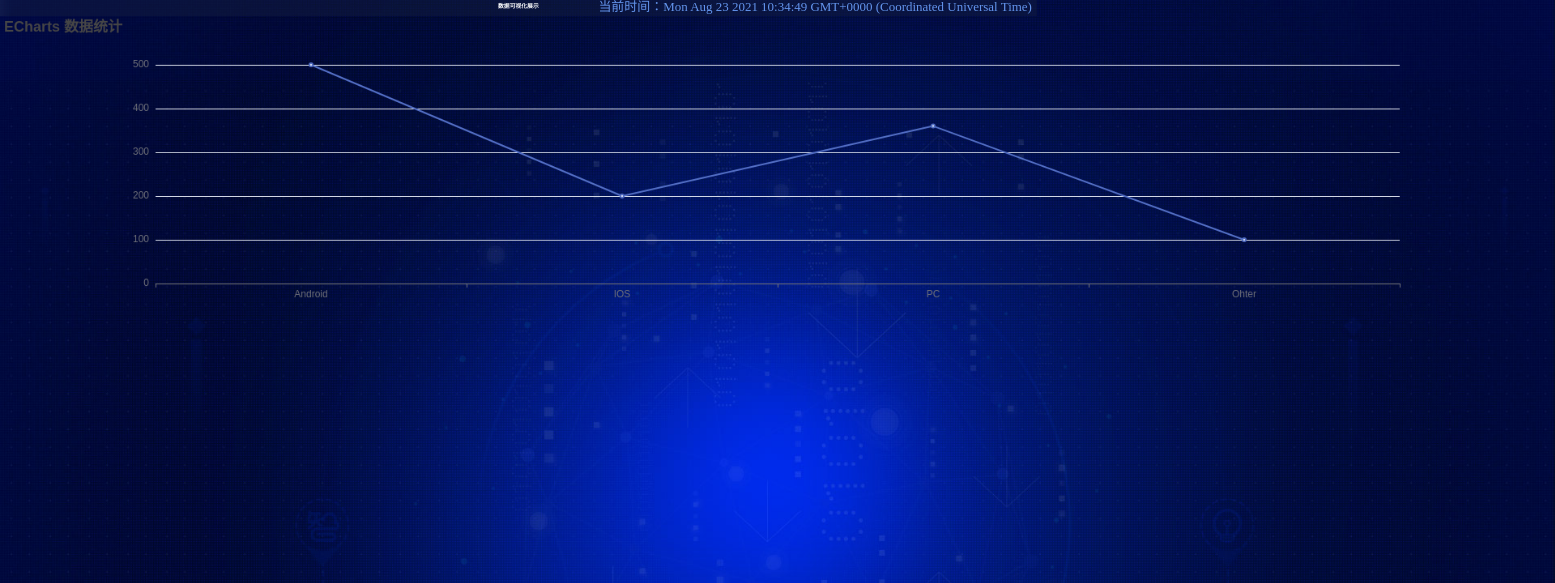
Repository: jiang-1990/DataVM
Page: /
The author's editor kept a copy of each file at every save. The page is drawn from the files as they stood at one save, then again after the next save.
The browser window is 1280 px wide. The page is 1920 px wide, so the pictures cover 1920 px, including what lies to the right of the window. The pictures show the whole page, at 81% of full size.
The project was rebuilt for these pictures with package versions that can differ from the ones it lists, and the page was loaded fresh each time.

Above is the page before, as saved 2021-08-23 11:28:24.

After the next save:
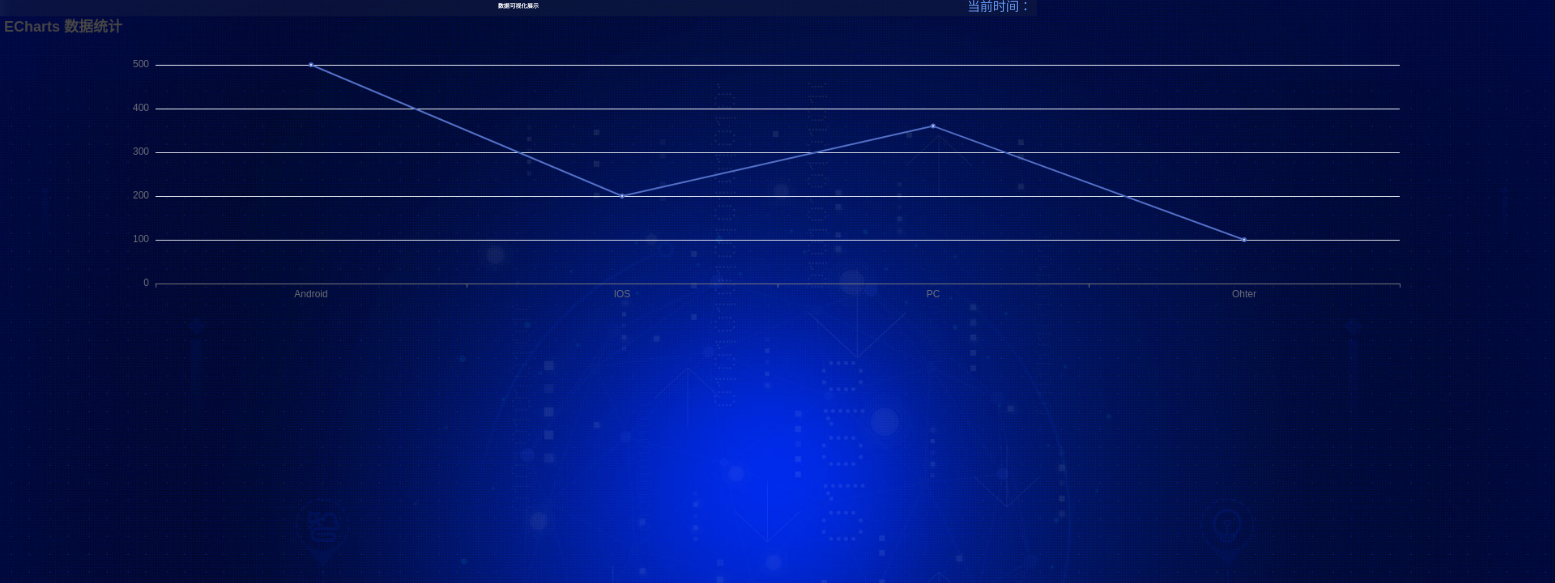
Saved 60 s later.
--- a/src/components/bigScreen.vue
+++ b/src/components/bigScreen.vue
@@ -14,7 +14,7 @@
 export default {
   data () {
     return {
-      date: new Date(),//当前日期
+      date//当前日期
     }
   },
   mounted(){
@@ -31,6 +31,7 @@
   methods:{
     //格式话当前时间
   formatDate(date) {  //当前时间格式化处理
+    date= new Date();
     var y = date.getFullYear()
           var m = (date.getMonth() + 1).toString().padStart(2, '0')
           var d = date.getDate().toString().padStart(2, '0')

After the save that followed:
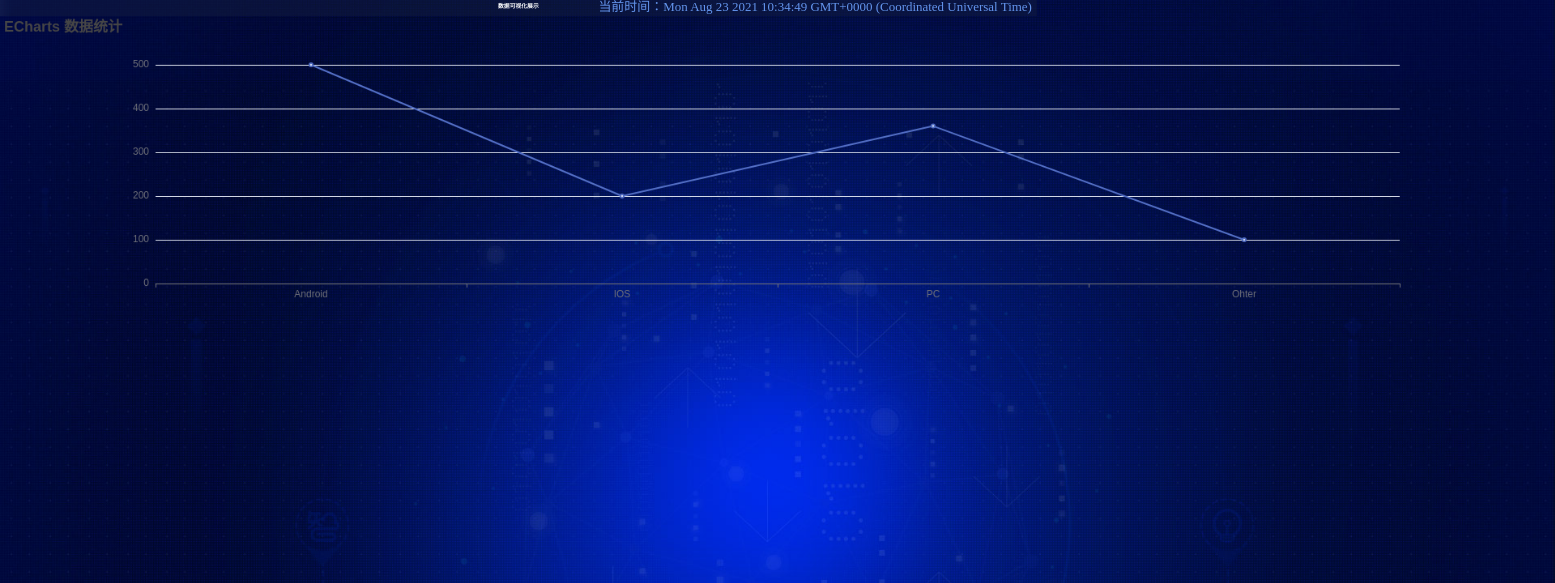
Saved 20 s later.
--- a/src/components/bigScreen.vue
+++ b/src/components/bigScreen.vue
@@ -14,7 +14,7 @@
 export default {
   data () {
     return {
-      date//当前日期
+      date: new Date(),//当前日期
     }
   },
   mounted(){
@@ -31,15 +31,24 @@
   methods:{
     //格式话当前时间
   formatDate(date) {  //当前时间格式化处理
-    date= new Date();
-    var y = date.getFullYear()
-          var m = (date.getMonth() + 1).toString().padStart(2, '0')
-          var d = date.getDate().toString().padStart(2, '0')
-          var hh = date.getHours().toString().padStart(2, '0')
-          var mm = date.getMinutes().toString().padStart(2, '0')
-          var ss = date.getSeconds().toString().padStart(2, '0')
-          // 过滤器中要有返回值
-          return `${y}-${m}-${d} ${hh}:${mm}:${ss}`
+	var str = "";
+    var weekDay = [
+    	"星期天",
+        "星期一",
+        "星期二",
+        "星期三",
+        "星期四",
+        "星期五",
+        "星期六"
+ 	];
+    str += vm.setZero(date.getFullYear()) + "年"; //获取年份
+    str += vm.setZero(date.getMonth() + 1) + "月"; //获取月份
+    str += vm.setZero(date.getDate()) + "日"; //获取日
+    str += " " + weekDay[date.getDay()]; //获取星期
+    str += " " + vm.setZero(date.getHours()) + ":"; //获取时
+    str += " " + vm.setZero(date.getMinutes()) + ":"; //获取分
+    str += vm.setZero(date.getSeconds()); //获取秒
+    return str;
 },
     createchart(){
       var myChart = echarts.init(document.getElementById('myChart'))
